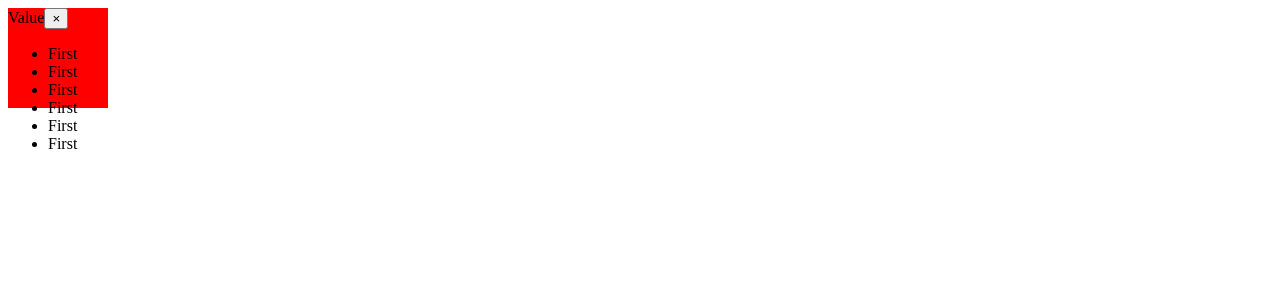
Repository: csabbah/ts-react-custom-select
Page: /
These files come from the project's save history. The page is drawn as it stood at one moment and after the next save; the edit follows.
The browser window is 1280 px wide. The pictures show the whole page.
The project was rebuilt for these pictures with package versions that can differ from the ones it lists, and the page was loaded fresh each time. Also part of the build but not shown: vite.config.ts.

Above is the page before, as saved 2022-12-24 11:47:54.

### src/App.tsx
import { Select } from "./Select";

const options = [
  { label: "First", value: 1 },
  { label: "First", value: 1 },
  { label: "First", value: 1 },
  { label: "First", value: 1 },
  { label: "First", value: 1 },
  { label: "First", value: 1 },
];
function App() {
  return (
    <div>
      <Select options={options} />
    </div>
  );
}

export default App;

### src/Select.tsx
import styles from "./select.module.css";

type SelectOption = {
  label: string;
  value: any;
};

type SelectProps = {
  options: SelectOption[];
  value?: SelectOption; // value? means this value is optional
  onChange: (value: SelectOption | undefined) => void; // Void -  This function returns nothing
};

export function Select({ value, onChange, options }: SelectProps) {
  return (
    <>
      <div className={styles.container}>
        <span className={styles.value}>Value</span>
        <button className={styles["clear-btn"]}>&times;</button>
        <div className={styles.divider}></div>
        <div className={styles.caret}></div>
        <ul className={styles.options}>
          {options.map((option) => (
            <li key={option.label} className={styles.option}>
              {option.label}
            </li>
          ))}
        </ul>
      </div>
    </>
  );
}

### src/select.module.css
.container {
  background-color: red;
  width: 100px;
  height: 100px;
}

Loaded but not shown: index.html (common file); src/main.tsx (common file)

After the next save:
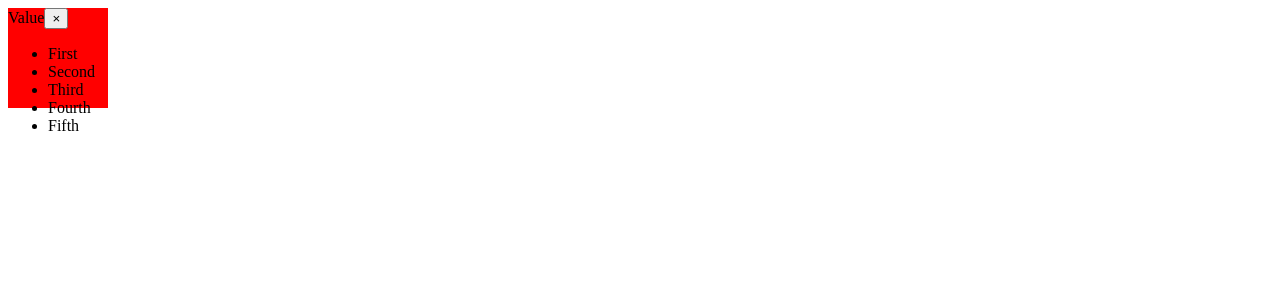
Saved 17 s later.
--- a/src/App.tsx
+++ b/src/App.tsx
@@ -2,11 +2,10 @@ import { Select } from "./Select";
 
 const options = [
   { label: "First", value: 1 },
-  { label: "First", value: 1 },
-  { label: "First", value: 1 },
-  { label: "First", value: 1 },
-  { label: "First", value: 1 },
-  { label: "First", value: 1 },
+  { label: "Second", value: 2 },
+  { label: "Third", value: 3 },
+  { label: "Fourth", value: 4 },
+  { label: "Fifth", value: 5 },
 ];
 function App() {
   return (
